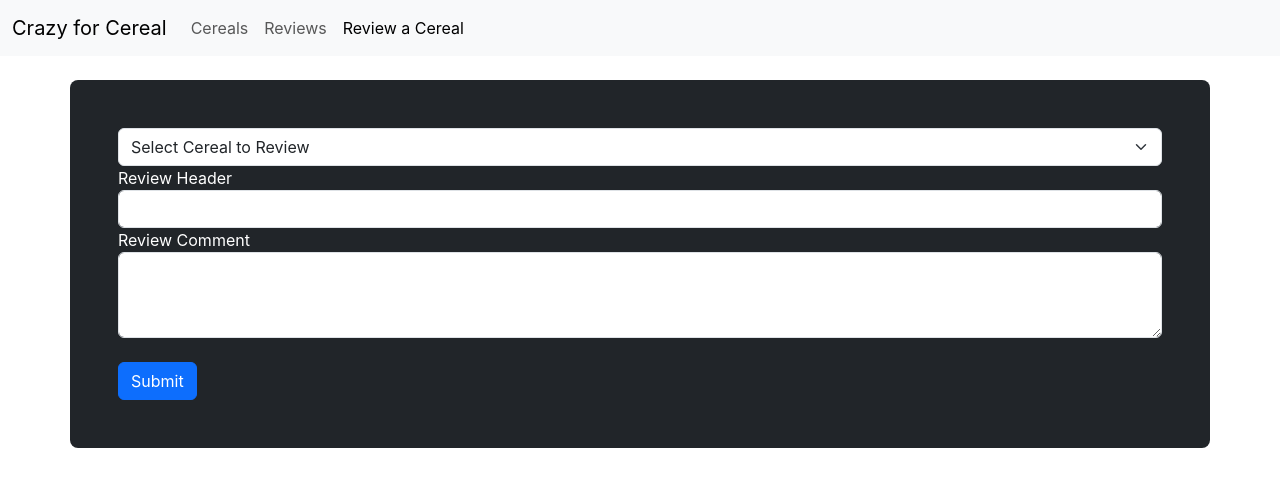
Repository: annferracane/project-3-sinatra
Page: /new-review (app in phase-3-project/)
An editor plug-in stored every save of this project. The page is shown before and after a run of saves, followed by the edit.
The browser window is 1280 px wide. The pictures show the whole page.
The page's requests for data from a server got no answer. The project was rebuilt for these pictures with package versions that can differ from the ones it lists, and the page was loaded fresh each time. No one was signed in, and anything a server would have sent is missing. Also part of the build but not shown: phase-3-project/src/components/Cereal.js, phase-3-project/src/components/Cereals.js, phase-3-project/src/components/Main.js, phase-3-project/src/components/Review.js, phase-3-project/src/components/Reviews.js, phase-3-project/src/components/CerealDetail.js.

Above is the page before, as saved 2023-01-24 14:53:58.

After the next 2 saves:
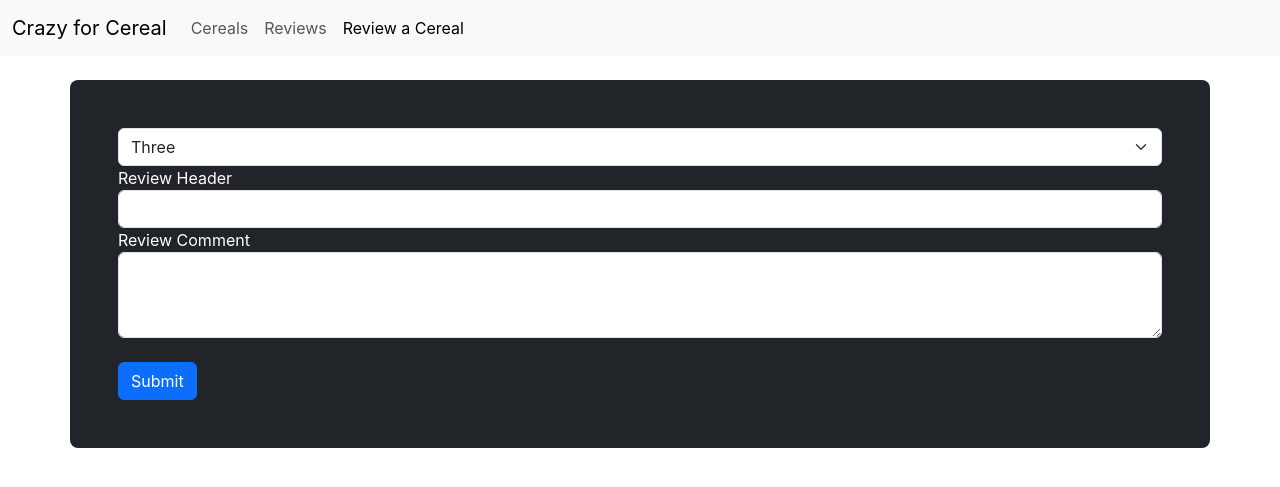
The 2 saves are shown as one change because they came seconds apart.
The last was saved 13 s later.
--- a/phase-3-project/src/components/NewReview.js
+++ b/phase-3-project/src/components/NewReview.js
@@ -3,7 +3,7 @@ import React, { useState } from 'react';
 
 function NewReview({ addNewReview }) {
     console.log(addNewReview)
-    const [cerealId, setCerealId] = useState('');
+    const [cerealId, setCerealId] = useState(3);
     const [cerealName, setCerealName] = useState('');
     const [header, setHeader] = useState('');
     const [comment, setComment] = useState('');
